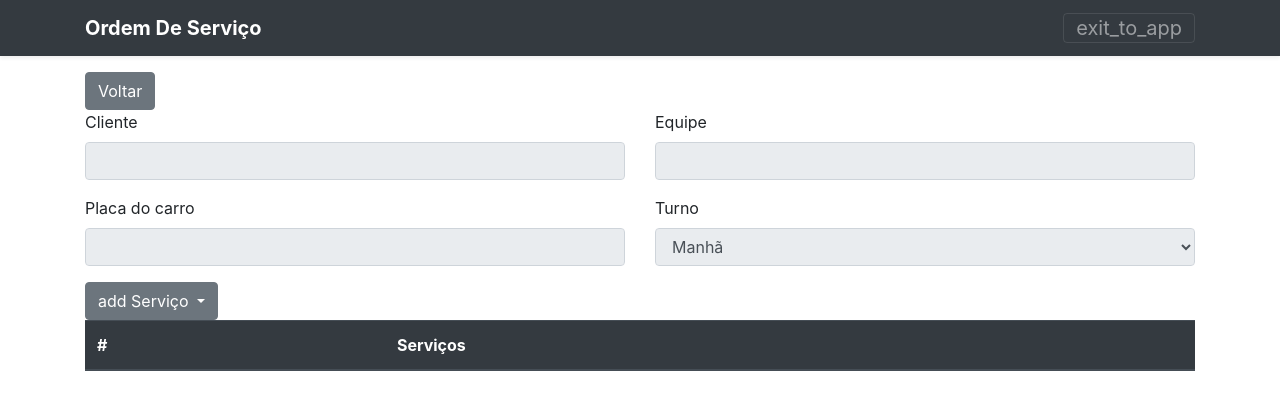
Repository: rodrigogermano/PGPARQ01C1.2N.P1.JAVA
Page: http://localhost/AppManutencaoMVC/WEB-INF/jsp/ordemdeservico/detalhe.jsp
An editor plug-in stored every save of this project. The page is shown before and after the next save, followed by the edit.
The browser window is 1280 px wide. The pictures show the whole page.
The page is served by Tomcat 9. Nobody is signed in. The template is opened directly, without the code that normally fills it, so the values that code supplies are empty.

Above is the page before, as saved 2020-04-12 03:03:15.

After the next save:
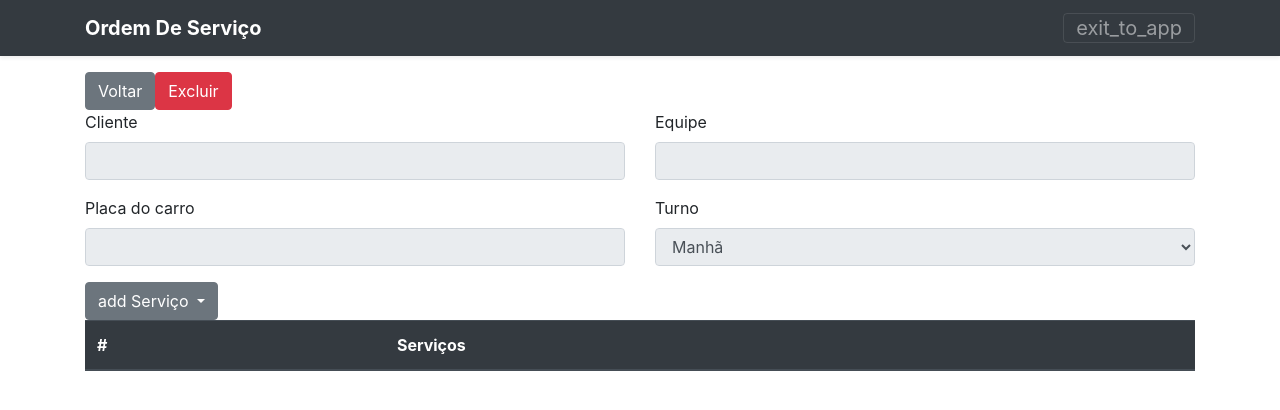
Saved 77 s later.
--- a/AppManutencaoMVC/AppManutencaoMVC/src/main/webapp/WEB-INF/jsp/ordemdeservico/detalhe.jsp
+++ b/AppManutencaoMVC/AppManutencaoMVC/src/main/webapp/WEB-INF/jsp/ordemdeservico/detalhe.jsp
@@ -14,6 +14,11 @@
 				<a href="/home">
 					<div class="btn-group" role="group" aria-label="Third group">
 				    	<button type="button" class="btn btn-secondary">Voltar</button>
+				  	</div>
+			  	</a>
+			  	<a href="/home">
+					<div class="btn-group" role="group" aria-label="Third group">
+				    	<button type="button" class="btn btn-danger">Excluir</button>
 				  	</div>
 			  	</a>
 			</div>
